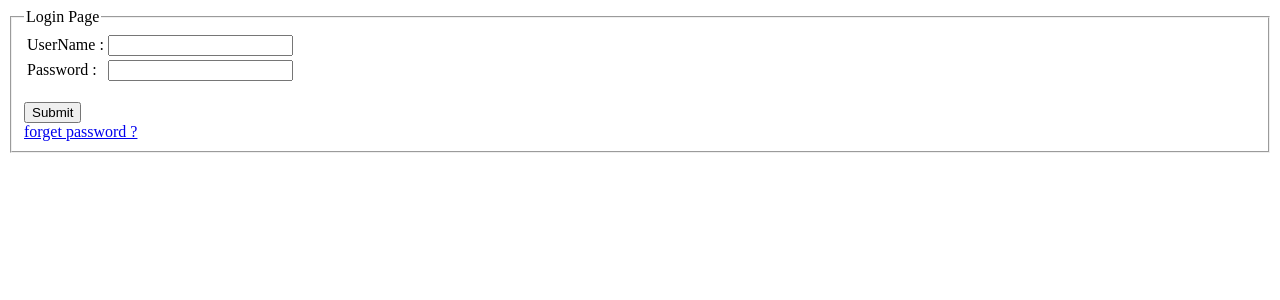
Repository: vishaldhardubey/Java-Programs-BridgeIT
Page: Maven/StudentInfoApplication/WebContent/loginPage.html
An editor plug-in stored every save of this project. The page is shown before and after the next save, followed by the edit.
The browser window is 1280 px wide. The pictures show the whole page.

Above is the page before, as saved 2018-06-20 06:58:32.

### Maven/StudentInfoApplication/WebContent/loginPage.html
<!DOCTYPE html>
<html>
<head>
<meta charset="UTF-8">
<title>Login Page</title>
<!-- <script type="text/javascript">
function Validation(){
	var user =document.getElementbyID("fs");
	var password=document.getElementbyID("fd");
	if(user==' '){
		alert("User Name cannot be blank!")
	}
	else if (/^\w+([\.-]?\w+)*@\w+([\.-]?\w+)*(\.\w{2,3})+$/.test(myForm.emailAddr.value))
	  {
	    return (true)
	  }
	    alert("You have entered an invalid email address!")
	    return (false)
	}
}
</script> -->
</head>
<body>
<fieldset title="Change Password">
<legend> Login Page</legend>
<form action="login" method="POST">
	<table>
	<tr>
		<td>UserName :</td>
		<td> <input type ="text" name="user" id="fs"></td>
		</tr>
		<tr>
		<td> Password :</td>
		<td> <input type ="text" name="passKey" id="fd"></td>
	</tr>
	</table>
	<br>
	<input type="submit" value="Submit"><br>
	<a href="changePassword.html">forget password ?</a>
	</form>
	</fieldset>
</body>
</html>

After the next save:
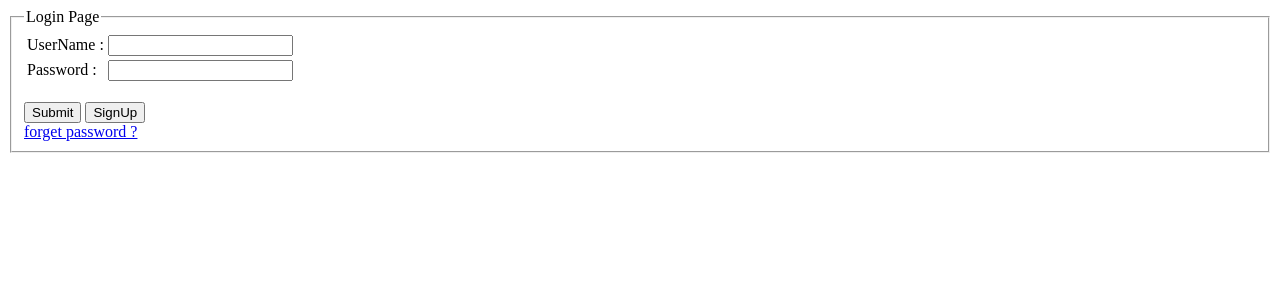
Saved 89 s later.
--- a/Maven/StudentInfoApplication/WebContent/loginPage.html
+++ b/Maven/StudentInfoApplication/WebContent/loginPage.html
@@ -35,7 +35,10 @@ function Validation(){
 	</tr>
 	</table>
 	<br>
-	<input type="submit" value="Submit"><br>
+	<input type="submit" value="Submit">
+	<input type="submit" value="SignUp">
+
+	<br>
 	<a href="changePassword.html">forget password ?</a>
 	</form>
 	</fieldset>
